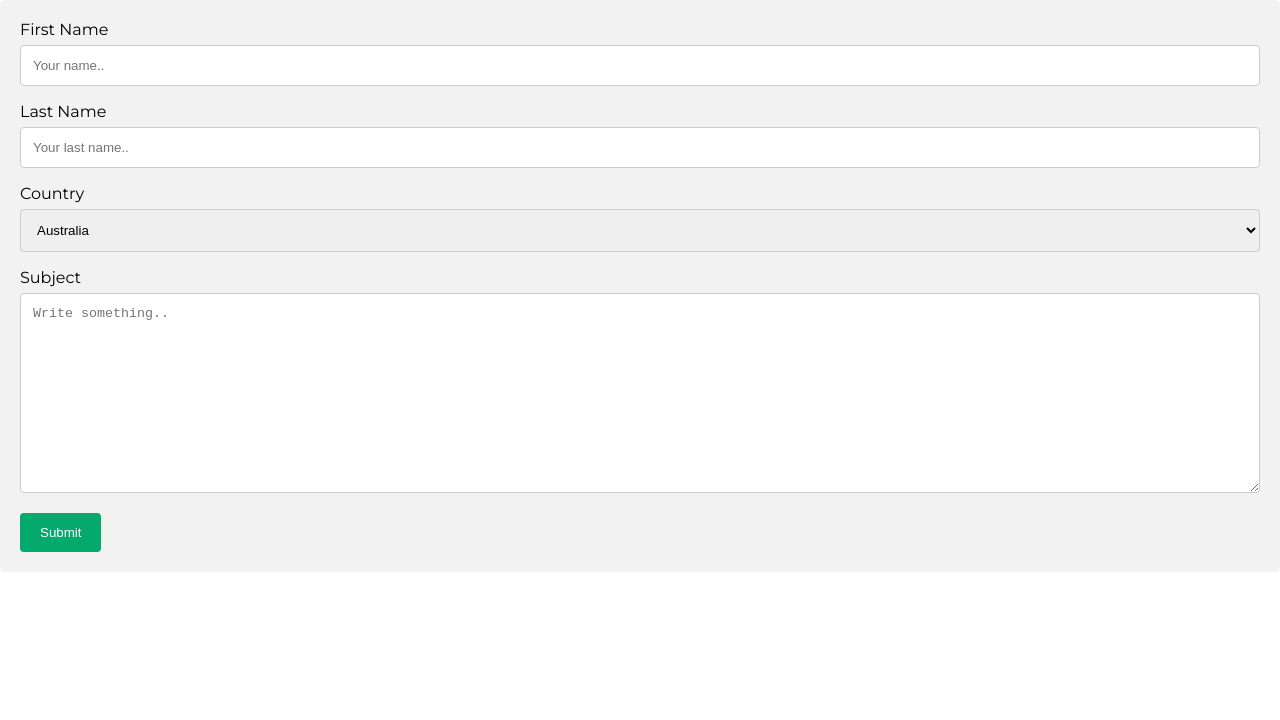
Repository: gabe126679/Mikes-site
Page: /contact
An editor plug-in stored every save of this project. The page is shown before and after the next save, followed by the edit.
The browser window is 1280 px wide. The pictures show the whole page.
Some web libraries are served in a nearby version. The project was rebuilt for these pictures with package versions that can differ from the ones it lists, and the page was loaded fresh each time. Also part of the build but not shown: src/components/Navbar.jsx, src/components/Header.jsx, src/components/Howitworks.jsx, src/components/Contact.jsx, src/components/About.jsx, src/components/Agentbox.jsx, src/components/Agent.jsx, src/components/PageAbout.jsx and 5 more.

Above is the page before, as saved 2022-04-19 15:17:23.

After the next save:
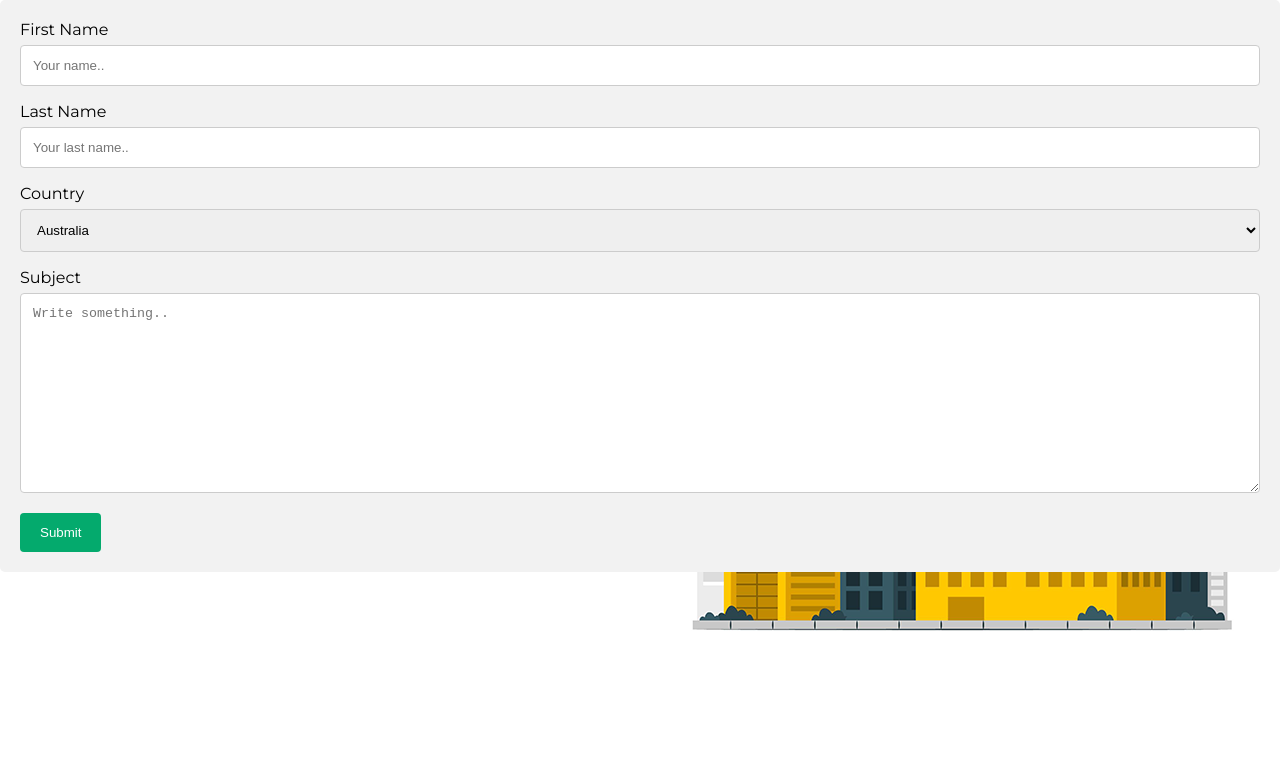
Saved 32 s later.
--- a/src/components/PageContact.jsx
+++ b/src/components/PageContact.jsx
@@ -13,7 +13,7 @@ const Section = styled.div`
 const PageContact = () => {
 
   return (
-    <div className="section">
+    <div className="header">
       <div className="container-form">
         <form action="action_page.php">
             <label htmlFor="fname">First Name</label>
